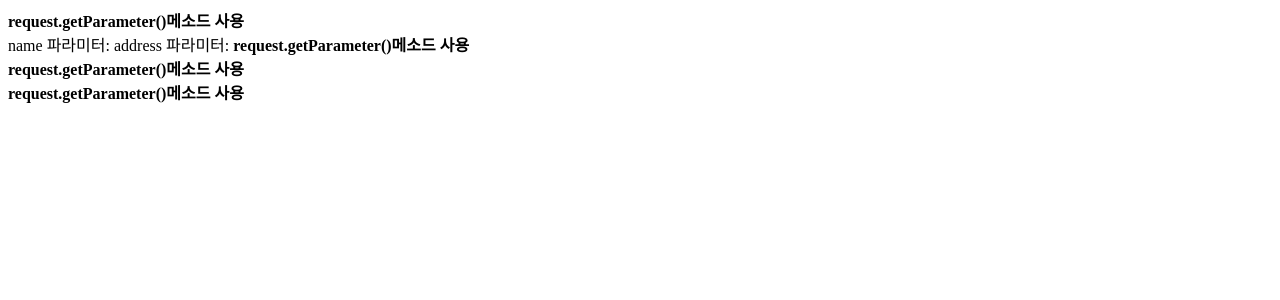
Repository: sgnq008-tech/JSP
Page: http://localhost/WebProject/implicit/viewParameter.jsp
An editor plug-in stored every save of this project. The page is shown before and after the next save, followed by the edit.
The browser window is 1280 px wide. The pictures show the whole page.
The page is served by Tomcat 9.

Above is the page before, as saved 2026-09-10 07:09:40.

After the next save:
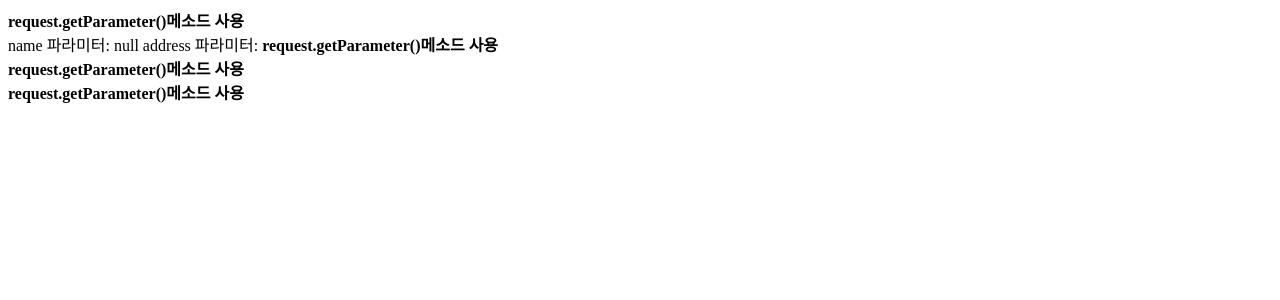
Saved 24 s later.
--- a/jsp_workspace/WebProject/src/main/webapp/implicit/viewParameter.jsp
+++ b/jsp_workspace/WebProject/src/main/webapp/implicit/viewParameter.jsp
@@ -12,7 +12,7 @@
 </head>
 <body>
 <b> request.getParameter()메소드 사용</b><br>
-  name 파라미터:
+  name 파라미터: <%=request.getParameter("name") %>
   address 파라미터:
 <b> request.getParameter()메소드 사용</b><br>
 
